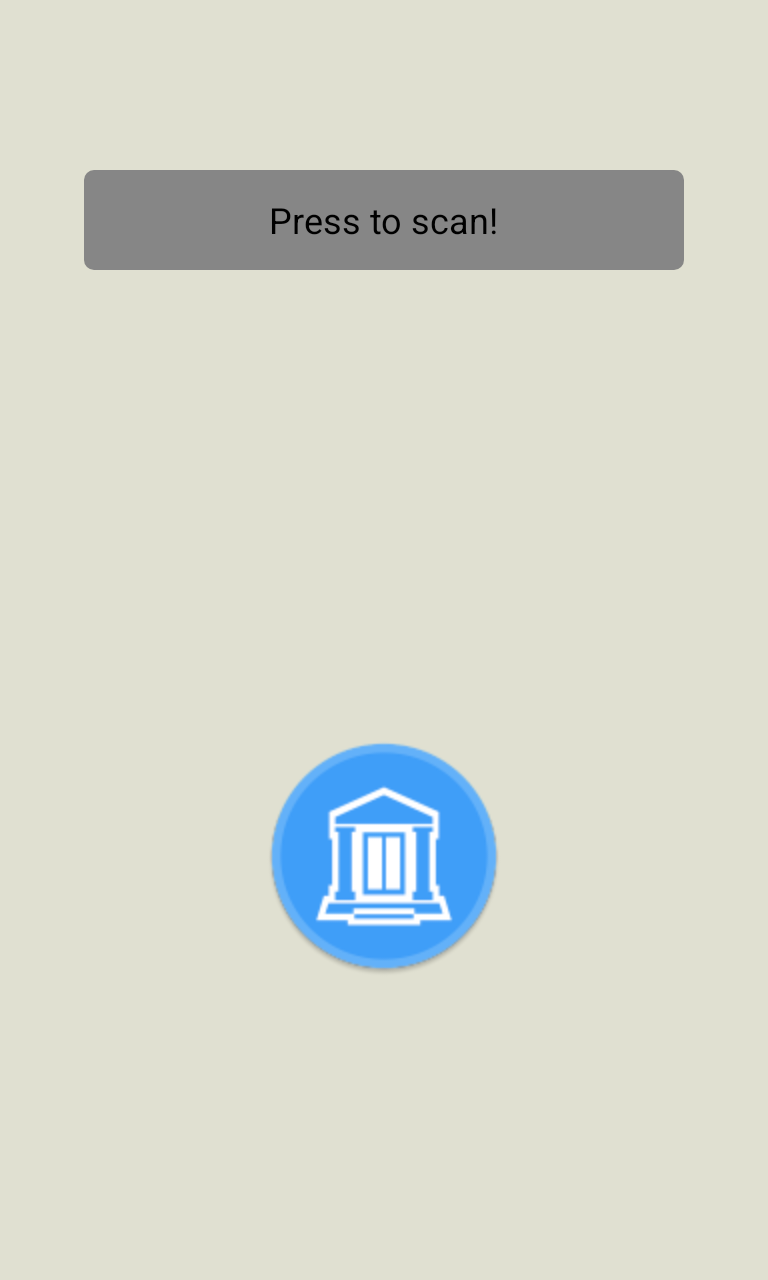
Repository: Kitsopappas/QBIReader
Layout: QBIReader/res/layout/activity_main.xml
These files come from the project's save history. The layout is drawn as it stood at one moment and after the next save; the edit follows.
It is drawn on a 768 x 1280 px phone screen (xhdpi) without system bars, with theme AppTheme; the app's code is not run.

Above is the layout before, as saved 2015-03-19 14:32:17.

After the next save:
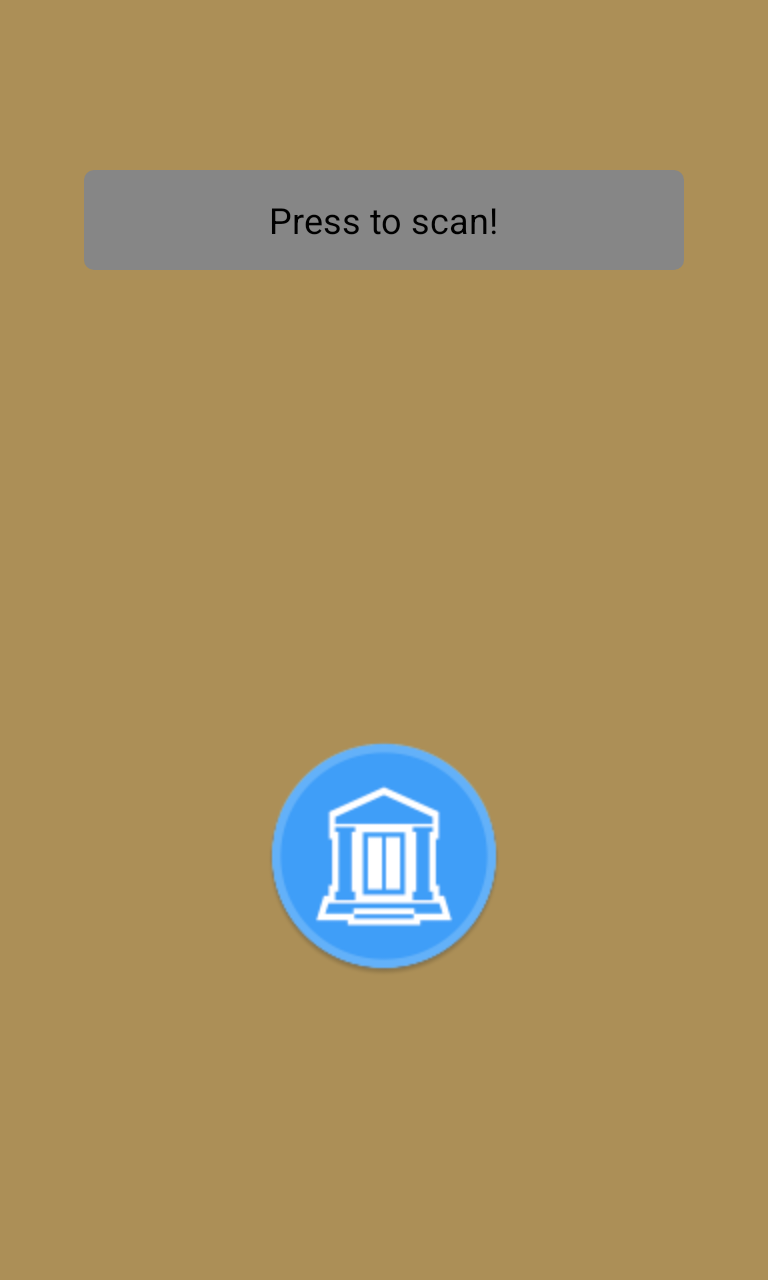
Saved 112 s later.
--- a/QBIReader/res/layout/activity_main.xml
+++ b/QBIReader/res/layout/activity_main.xml
@@ -2,7 +2,7 @@
     xmlns:tools="http://schemas.android.com/tools"
     android:layout_width="match_parent"
     android:layout_height="match_parent"
-    android:background="#e0e0d1"
+    android:background="#ac8f57"
     android:paddingBottom="@dimen/activity_vertical_margin"
     android:paddingLeft="@dimen/activity_horizontal_margin"
     android:paddingRight="@dimen/activity_horizontal_margin"
